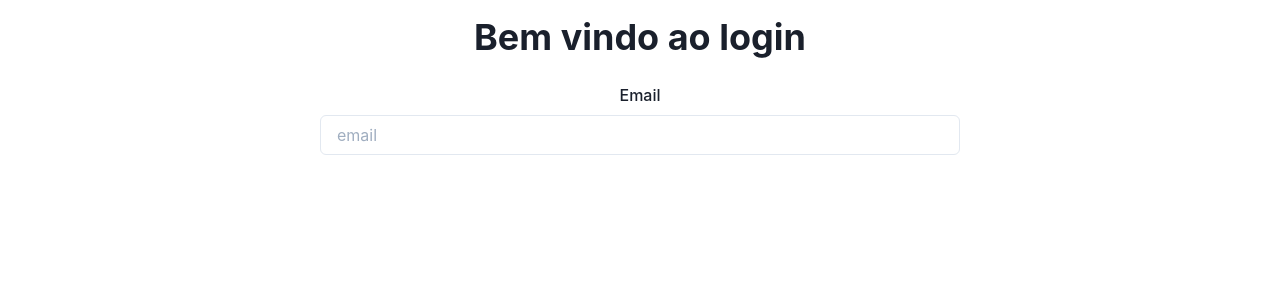
Repository: thislucasme/front-end-cats-react.js
Page: /login
The author's editor kept a copy of each file at every save. The page is drawn from the files as they stood at one save, then again after the next save.
The browser window is 1280 px wide. The pictures show the whole page.
The project was rebuilt for these pictures with package versions that can differ from the ones it lists, and the page was loaded fresh each time. Also part of the build but not shown: src/components/lista.gatos.tsx, src/components/menu.tsx, src/pages/cadastro.gatos.tsx, src/hooks/gato.hooks.ts, src/pages/busca.gatos.tsx.

Above is the page before, as saved 2021-10-27 16:28:29.

After the next save:
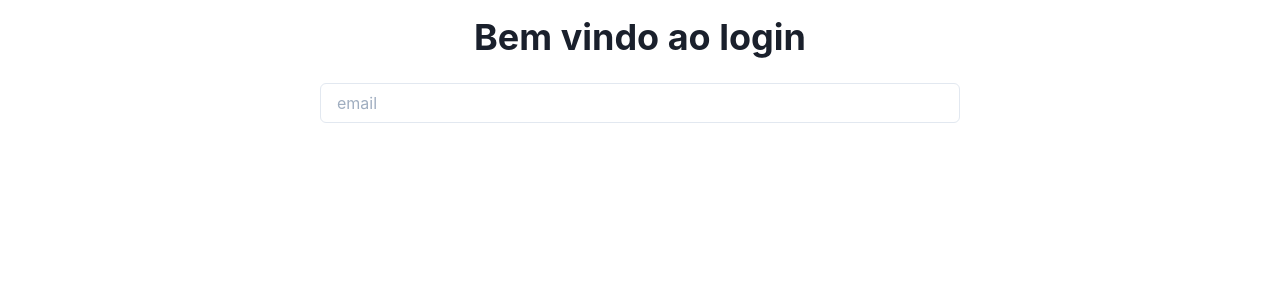
Saved 9 s later.
--- a/src/pages/login.tsx
+++ b/src/pages/login.tsx
@@ -7,7 +7,6 @@ export const Login = () => {
 			<VStack w="full">
 				<VStack w="50%">
 					<Heading my={4}>Bem vindo ao login</Heading>
-					<FormLabel>Email</FormLabel>
 					<Input placeholder="email" />
 				</VStack>
 			</VStack>
